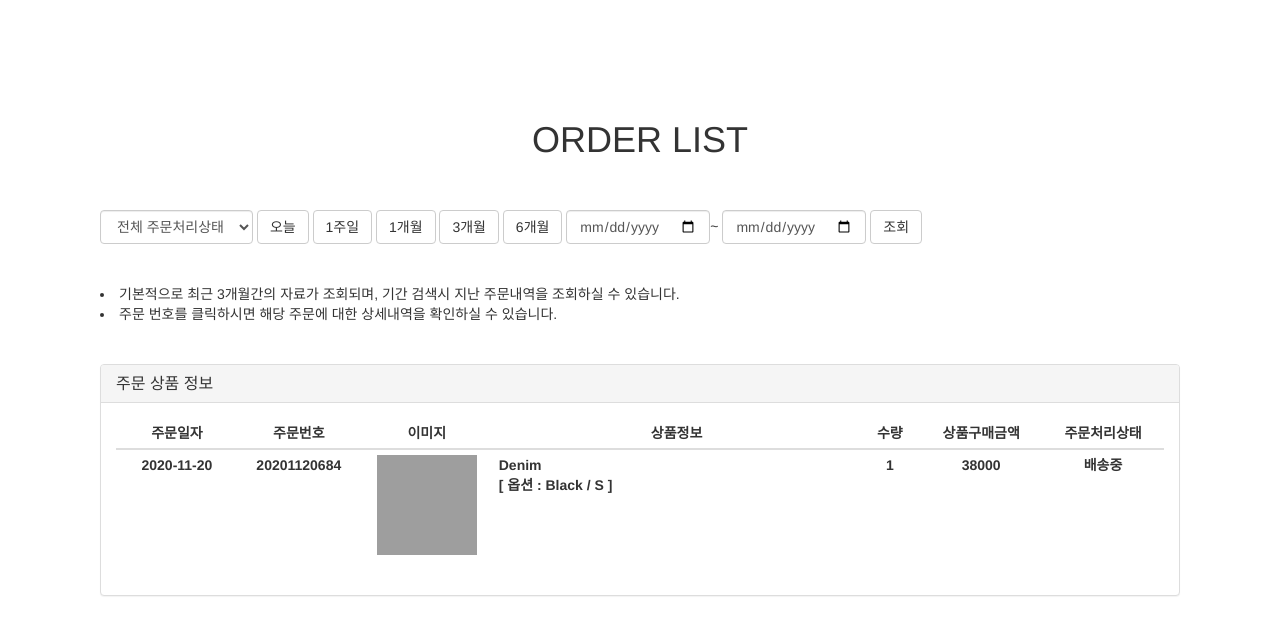
Repository: jaeeunzzang/sist_ShoppingMall
Page: http://localhost/web/orderList.jsp
An editor plug-in stored every save of this project. The page is shown before and after the next save, followed by the edit.
The browser window is 1280 px wide. The pictures show the whole page.
Pictures or frames that could not be fetched are drawn as grey boxes. Some web libraries are served in a nearby version. The page is served by Tomcat 9. Other server files are loaded and not shown.

Above is the page before, as saved 2020-11-20 09:01:15.

### shop/web/src/main/webapp/orderList.jsp
<%@ page language="java" contentType="text/html; charset=UTF-8"
	pageEncoding="UTF-8"%>
<%@ taglib prefix="c" uri="http://java.sun.com/jstl/core_rt"%>
<%@ taglib prefix="function"
	uri="http://java.sun.com/jsp/jstl/functions"%>
<!DOCTYPE html>
<html>
<head>
<meta charset="UTF-8">
<title>Insert title here</title>
<link href="/web/css/bootstrap.min.css" rel="stylesheet">
<link href="css/maincss.css" rel="stylesheet">

<style>
body {
	padding: 100px;
}
</style>
<script
	src="https://ajax.googleapis.com/ajax/libs/jquery/1.11.0/jquery.min.js"></script>
<script src="/web/js/bootstrap.min.js"></script>
<script src="https://code.jquery.com/jquery-3.5.1.min.js"></script>
<script type="text/javascript">
	$(function() {

	});
</script>

</head>
<body>
	<h1 align="center">ORDER LIST</h1>
	<br>
	<br>
	<form role="form" class="form-inline">
		<select class="form-control">
			<option>전체 주문처리상태</option>
			<option>입금전</option>
			<option>배송준비중</option>
			<option>배송중</option>
			<option>배송완료</option>
		</select>
		<button type="button" class="btn btn-default btn-s">오늘</button>
		<button type="button" class="btn btn-default btn-s">1주일</button>
		<button type="button" class="btn btn-default btn-s">1개월</button>
		<button type="button" class="btn btn-default btn-s">3개월</button>
		<button type="button" class="btn btn-default btn-s">6개월</button>
		<input type="date" class="form-control input-s">~ <input
			type="date" class="form-control input-s">
		<button type="button" class="btn btn-default btn-s">조회</button>
	</form>
	<br>
	<br>

	<li>기본적으로 최근 3개월간의 자료가 조회되며, 기간 검색시 지난 주문내역을 조회하실 수 있습니다.</li>
	<li>주문 번호를 클릭하시면 해당 주문에 대한 상세내역을 확인하실 수 있습니다.</li>

	<br>
	<br>

	<div class="panel panel-default">
		<div class="panel-heading">
			<h4 class="panel-title">주문 상품 정보</h4>
		</div>
		<div class="panel-body">
			<div class="table-responsive">
				<table class="table table-condensed">
					<colgroup>
						<col width="100" />
						<col width="100" />
						<col width="70" />
						<col width="300" />
						<col width="50" />
						<col width="100" />
						<col width="100" />
					</colgroup>
					<thead>
						<tr>
							<th class="text-center">주문일자</th>
							<th class="text-center">주문번호</th>
							<th class="text-center">이미지</th>
							<th class="text-center">상품정보</th>
							<th class="text-center">수량</th>
							<th class="text-center">상품구매금액</th>
							<th class="text-center">주문처리상태</th>
						</tr>
					</thead>
					<tbody>
						<tr>
							<th class="text-center">2020-11-20</th>
							<th class="text-center">20201120684</th>
							<th class="text-center"><img src="denim.jpg" width="100"
								height="100" /></th>
							<th>Denim <br>[ 옵션 : Black / S ]</th>
							<th class="text-center">1</th>
							<th class="text-center">38000</th>
							<th class="text-center">배송중</th>
						</tr>
					</tbody>
				</table>
			</div>
		</div>
	</div>
</body>
</html>

### shop/web/src/main/webapp/css/maincss.css
@charset "UTF-8";

body {
	margin: 0;
	padding: 0;
	height: 100%;
}

hr {
	border: 2px solid #eee;
}

a:link {
	text-decoration: none;
	color: #646464;
}

a:visited {
	text-decoration: none;
	color: #646464;
}

a:active {
	text-decoration: none;
	color: #646464;
}

a:hover {
	text-decoration: none;
	font-weight: bold;
	color: #646464;
}

.wrap {
	position: relative;
	min-height: 100%;
}

.mainWrap th img {
	width: 100px;
	height: 100px;
}

.mainWrap th img.reImg {
	width: 16px;
	height: 16px;
}

.mainWrap th img.reqImg {
	width: 7px;
	height: 7px;
}


.mainWrap {
	width: 100%;
	padding-bottom: 300px;
}
.mainContents {
	margin-left: 10%;
	margin-right: 10%;
	margin-top: 150px;
	padding-top: 50px;

}
.mainProduct img {
	width: 300px;
}

ul {
	list-style: none;
}

.mainProduct ul li {
	padding-top: 10px;
	padding-bottom: 20px;
}

.p_Info {
	width: 100%;
	position: relative;
	margin-top: 150px;
	margin-bottom: 20px;
}



.p_Info #left-box {
	width: 50%;
	float: left;
	text-align: center;
}

.p_Info #left-box img {
	border: 1px solid gray;
	width: 40%;
}

.p_Info #right-box {
	width: 50%;
	float: right;
	text-align: left;
	margin-bottom: 50px;
}

.p_Info hr {
	margin-left: 0;
	width: 80%;
}

.p_Info button {
	width: 40%;
}

.p_Detail img {
	width: 50%;
}

.p_Detail ul li {
	text-align: center;
	padding-top: 50px;
	padding-bottom: 50px;
}

Loaded but not shown: shop/web/src/main/webapp/css/bootstrap.min.css (library); shop/web/src/main/webapp/js/bootstrap.min.js (library)

After the next save:
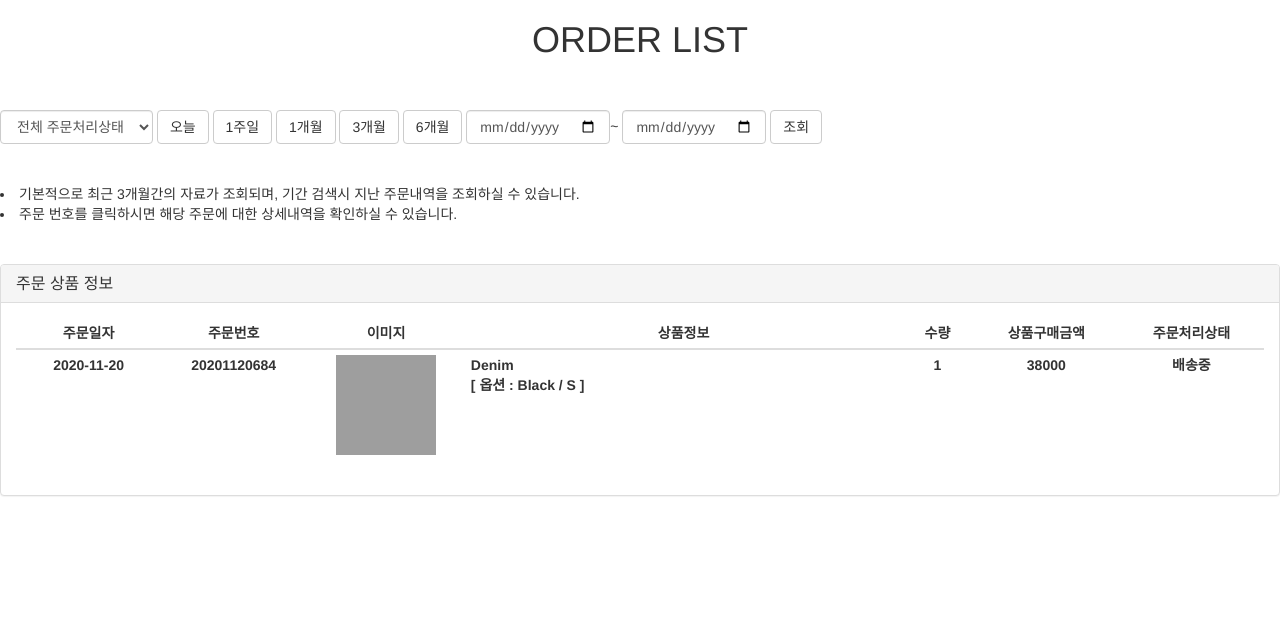
Saved 4 s later.
--- a/shop/web/src/main/webapp/orderList.jsp
+++ b/shop/web/src/main/webapp/orderList.jsp
@@ -11,11 +11,6 @@
 <link href="/web/css/bootstrap.min.css" rel="stylesheet">
 <link href="css/maincss.css" rel="stylesheet">
 
-<style>
-body {
-	padding: 100px;
-}
-</style>
 <script
 	src="https://ajax.googleapis.com/ajax/libs/jquery/1.11.0/jquery.min.js"></script>
 <script src="/web/js/bootstrap.min.js"></script>
